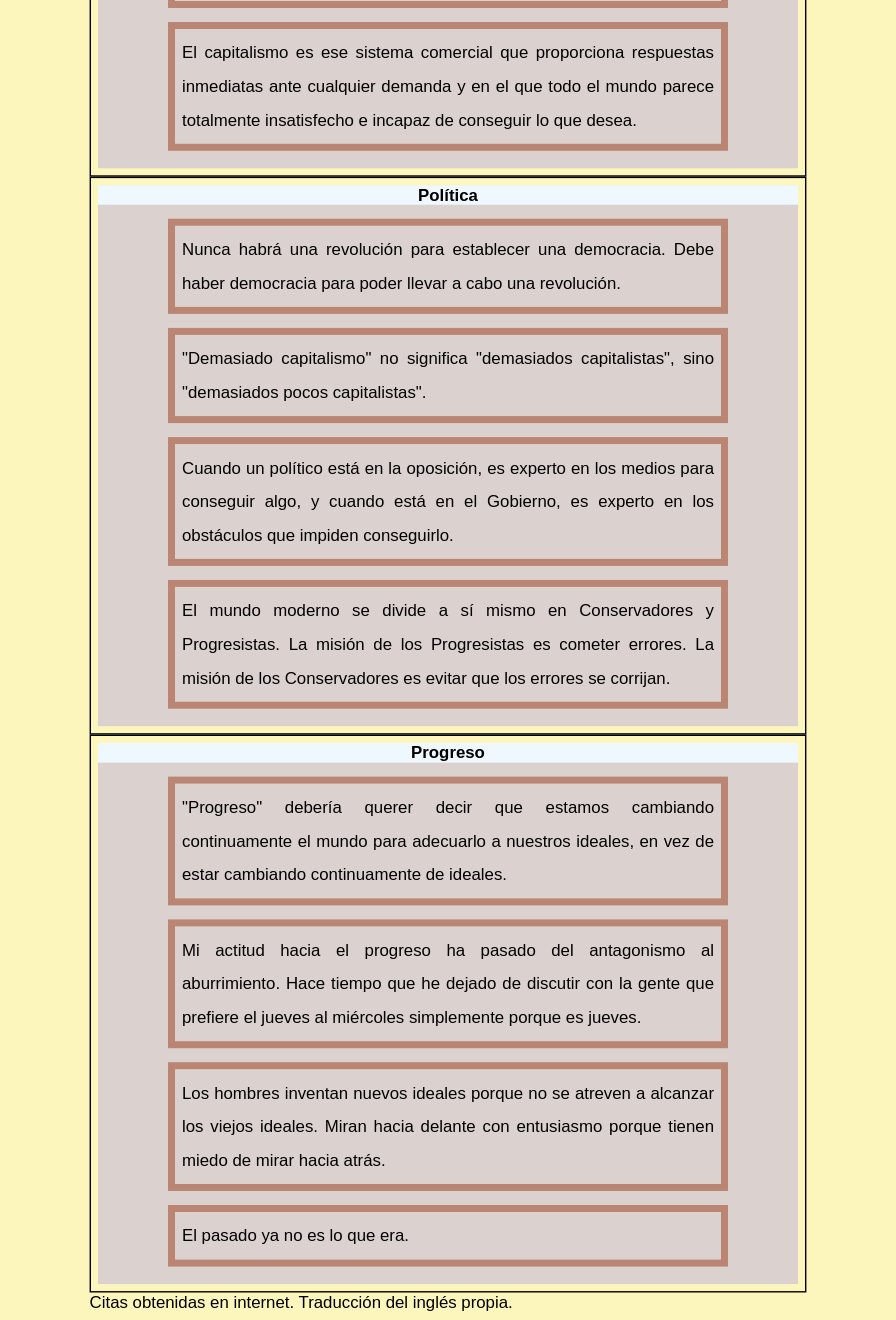
Repository: EmilyMachuca-Developer/Advanced-Programming-Projects
Page: index.html
An editor plug-in stored every save of this project. The page is shown before and after a run of saves, followed by the edit.
The browser window is 1280 px wide. The pictures show the part of the page from y = 748 to 2668 px (the page is 2633 px tall before and 2668 px after), at 70% of full size.

Above is the page before, as saved 2024-02-26 20:45:28.

### index.html
<html lang="es">
<head>
<meta charset="utf-8">
<link rel="stylesheet" href="Taller 2/css/style.css">
<title>Emily Machuca</title>
</head>

<body>
    <div style="background-color: rgb(150, 202, 185);">
        <h1>Citas de Gilbert Keith Chesterton</h1> <br><br>
        <p><strong>Gilbert Keith Chesterton</strong> (Londres, 29 de mayo de 1874 - Beaconsfield, 14 de junio de 1936), más conocido como G. K. Chesterton, fue un escritor y periodista británico de inicios del siglo XX, calificado a menudo como el "príncipe de las paradojas". Cultivó, entre otros géneros, el ensayo, la narración, la biografía, la lírica, el periodismo y el libro de viajes.</p>
        <p>Su personaje más famoso es el Padre Brown, un sacerdote católico de apariencia ingenua, cuya agudeza psicológica hace de él un detective formidable, y que protagonizó más de cincuenta historias reunidas en cinco volúmenes, publicados entre 1911 y 1935.</p>
    </div>
    <main><section><div style="background-color: aliceblue;"><h7><strong><center>Capitalismo</center></strong></h7></div>
        <div><p>Un ciudadano apenas puede distinguir un impuesto de una multa, salvo que la multa suele ser más barata.</p>
            <div><p>"Demasiado capitalismo" no significa "demasiados capitalistas", sino "demasiados pocos capitalistas".</p></div>
            <div><p>El capitalismo es ese sistema comercial que proporciona respuestas inmediatas ante cualquier demanda y en el que todo el mundo parece totalmente insatisfecho e incapaz de conseguir lo que desea.</p></div>
        </div></section></main>

        <main><section><div style="background-color: aliceblue;"><h7><strong><center>Política</center></strong></h7></div>
            <div><p>Nunca habrá una revolución para establecer una democracia. Debe haber democracia para poder llevar a cabo una revolución.</p>
                <div><p>"Demasiado capitalismo" no significa "demasiados capitalistas", sino "demasiados pocos capitalistas".</p></div>
                <div><p>Cuando un político está en la oposición, es experto en los medios para conseguir algo, y cuando está en el Gobierno, es experto en los obstáculos que impiden conseguirlo.</p></div>
                <div><p>El mundo moderno se divide a sí mismo en Conservadores y Progresistas. La misión de los Progresistas es cometer errores. La misión de los Conservadores es evitar que los errores se corrijan.</p></div>
            </div></section></main>

            <main><section><div style="background-color: aliceblue;"><h7><strong><center>Progreso</center></strong></h7></div>
                <div><p>"Progreso" debería querer decir que estamos cambiando continuamente el mundo para adecuarlo a nuestros ideales, en vez de estar cambiando continuamente de ideales.</p>
                    <div><p>Mi actitud hacia el progreso ha pasado del antagonismo al aburrimiento. Hace tiempo que he dejado de discutir con la gente que prefiere el jueves al miércoles simplemente porque es jueves.</p></div>
                    <div><p>Los hombres inventan nuevos ideales porque no se atreven a alcanzar los viejos ideales. Miran hacia delante con entusiasmo porque tienen miedo de mirar hacia atrás.</p></div>
                    <div><p>El pasado ya no es lo que era.</p></div>
                </div></section></main>

Citas obtenidas en internet. Traducción del inglés propia.
</body>
</html>

### Taller 2/css/style.css
body {
    margin: 10px 10%;
    background-color: fcf6bd;
    font-family: sans-serif;
    font-size: 1.5rem;
    text-align: justify;
  }

  header {
    padding: 0 10px;
    background-color: hwb(0 94% 6% / 0.767);
  }

  h1 {
    margin: 0;
    font-size: 4rem;
    text-align: center;
  }

  main {
    display: block;
    border: rgb(0, 0, 0) 2px solid;
    padding: 10px;

  }

  section {
    padding-bottom: 5px;
    background-color: hwb(17 81% 14%)
  }

  section + section {
    margin-top: 40px;
  }

  h2 {
    margin: 0;
    padding-left: 10px;
    background-color: white;
  }

  section p {
    border: hwb(16 45% 27%)10px solid;
    margin: 20px 10%;
    padding: 10px;
    color: rgb(0, 0, 0);
    line-height: 200%;
  }

  footer {
    border-top: black 5px solid;
    margin: 20px 0;
    padding: 0 10px;
    background-color: hwb(15 50% 40%);
    font-size: 1.2rem;
  }

After the next 3 saves:
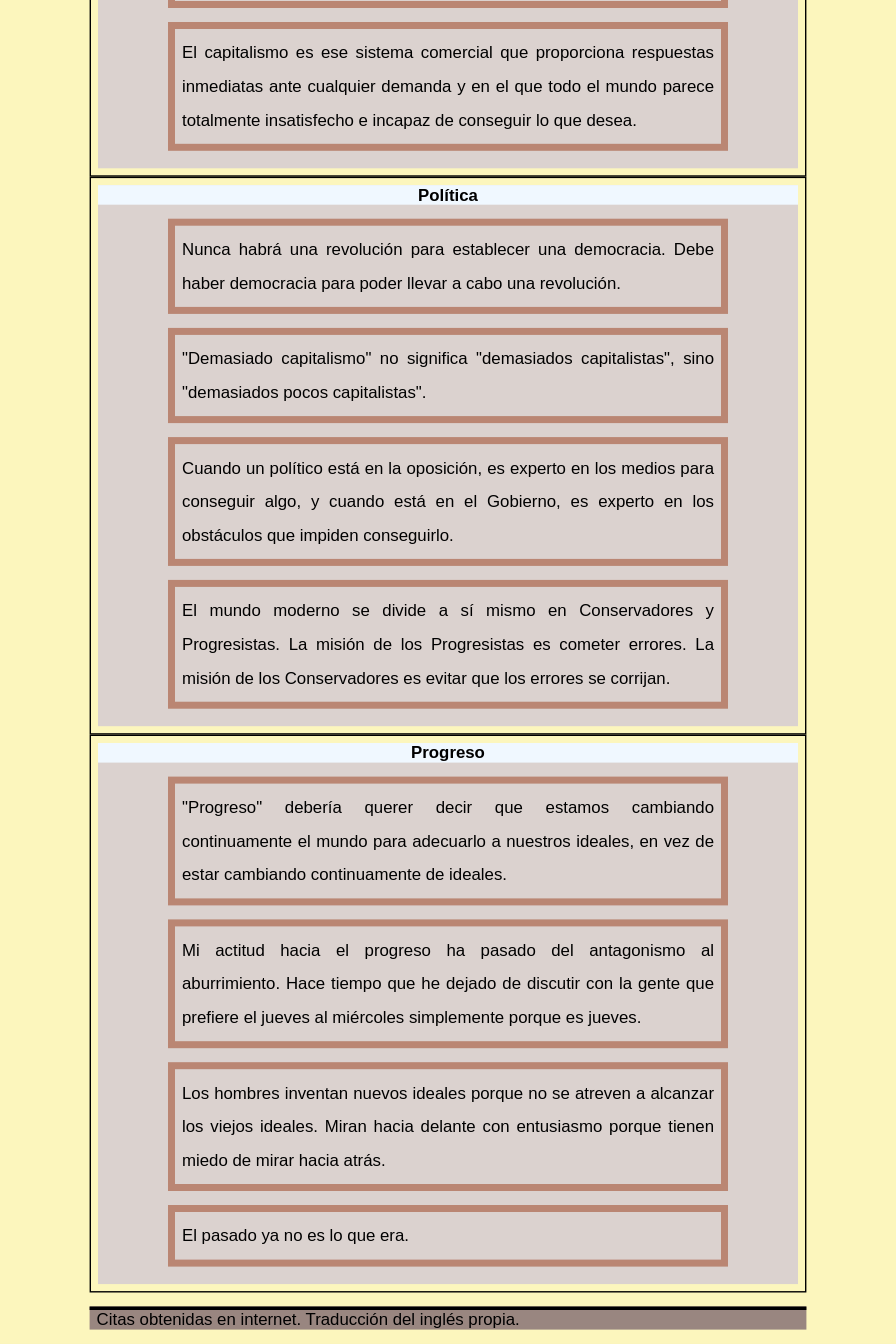
The 3 saves are shown as one change because they came seconds apart.
The last was saved 12 s later.
--- a/index.html
+++ b/index.html
@@ -31,6 +31,6 @@
                     <div><p>El pasado ya no es lo que era.</p></div>
                 </div></section></main>
 
-Citas obtenidas en internet. Traducción del inglés propia.
+<footer>Citas obtenidas en internet. Traducción del inglés propia.</footer>
 </body>
 </html>
